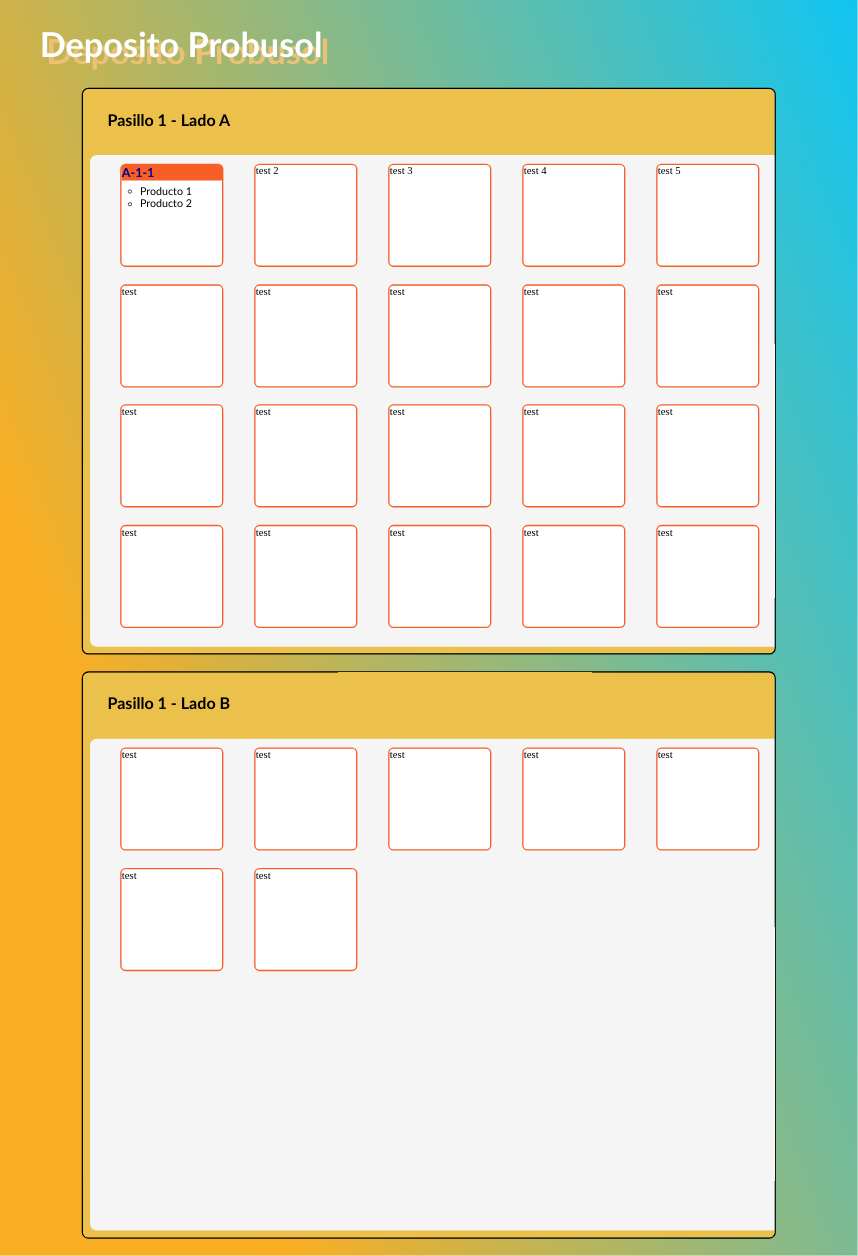
Repository: Franzcod/DepoStock_Web
Page: index.html
These files come from the project's save history. The page is drawn as it stood at one moment and after the next save; the edit follows.
The browser window is 1280 px wide. The pictures show the whole page, at 67% of full size.

Above is the page before, as saved 2020-06-07 21:21:43.
Console error: ReferenceError: ur is not defined

After the next save:
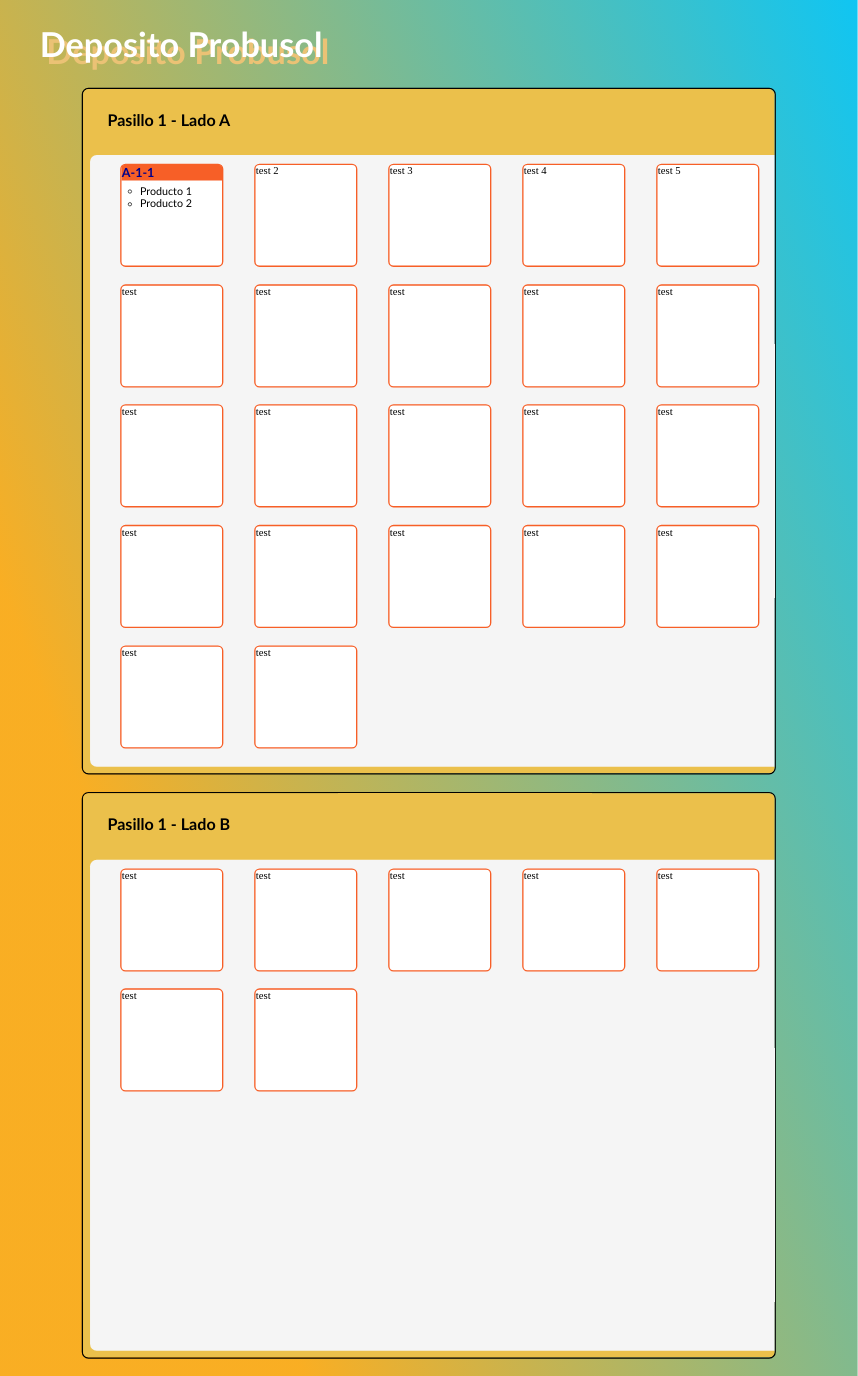
Saved 31 s later.
--- a/index.html
+++ b/index.html
@@ -36,6 +36,11 @@
             <li class="item">test 7</li>
             <li class="item">test 8</li>
             <li class="item">test 9</li>
+            <li class="item">test</li>
+            <li class="item">test</li>
+            <li class="item">test</li>
+            <li class="item">test</li>
+            <li class="item">test</li>
             <li class="item">test</li>
             <li class="item">test</li>
             <li class="item">test</li>

After the save that followed:
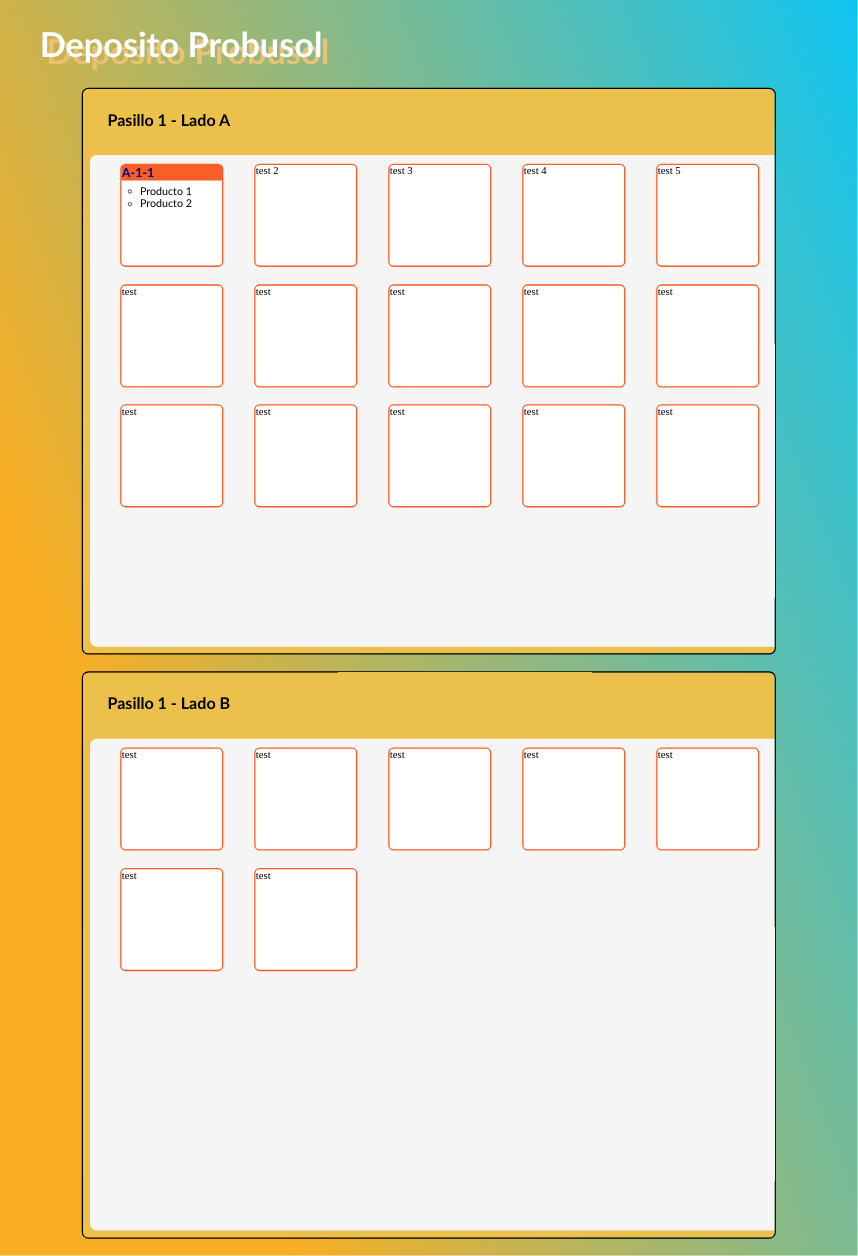
Saved 46 s later.
--- a/index.html
+++ b/index.html
@@ -57,18 +57,7 @@
             <li class="item">test</li>
             <li class="item">test</li>
             <li class="item">test</li>
-            <li class="item">test</li>
-            <li class="item">test</li>
-            <li class="item">test</li>
-            <li class="item">test</li>
-            <li class="item">test</li>
-            <li class="item">test</li>
-            <li class="item">test</li>
-            <li class="item">test</li>
-            <li class="item">test</li>
-            <li class="item">test</li>
-            <li class="item">test</li>
-            <li class="item">test</li>
+
 
         </ul>
 
